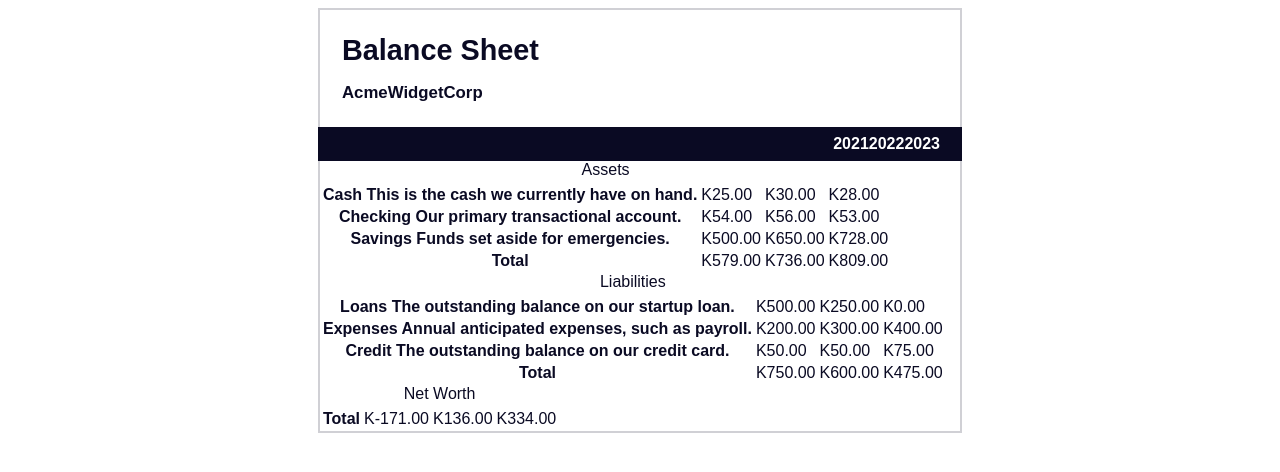
Repository: Lungdjos/balance_shee
Page: index.html
These files come from the project's save history. The page is drawn as it stood at one moment and after the next save; the edit follows.
The browser window is 1280 px wide. The pictures show the whole page.

Above is the page before, as saved 2023-11-04 21:51:26.

After the next save:
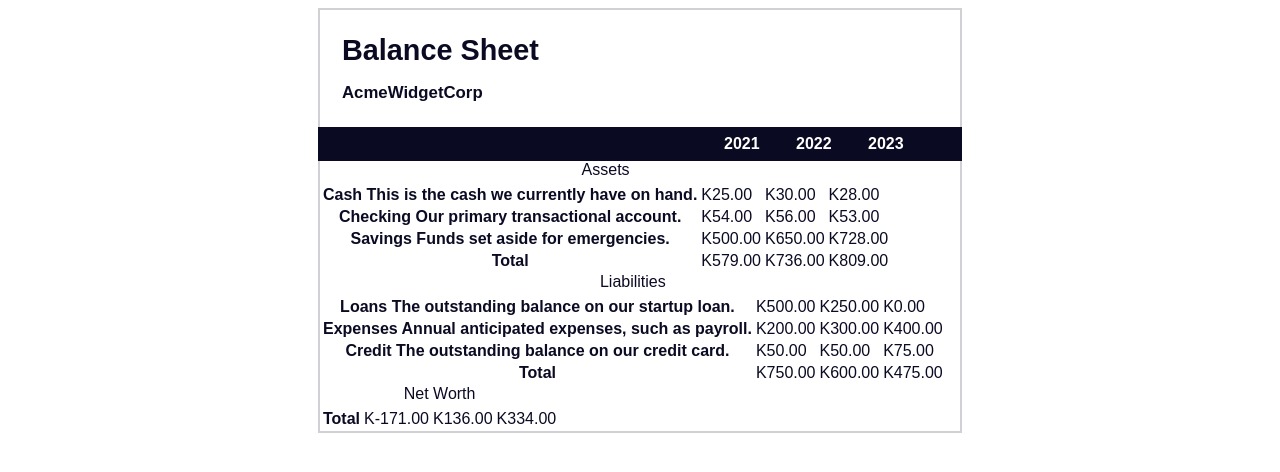
Saved 4 s later.
--- a/styles.css
+++ b/styles.css
@@ -65,5 +65,5 @@ section {
 
 #years span[class] {
     font-weight: bold;
-    width: 4.
+    width: 4.5rem;
 }
